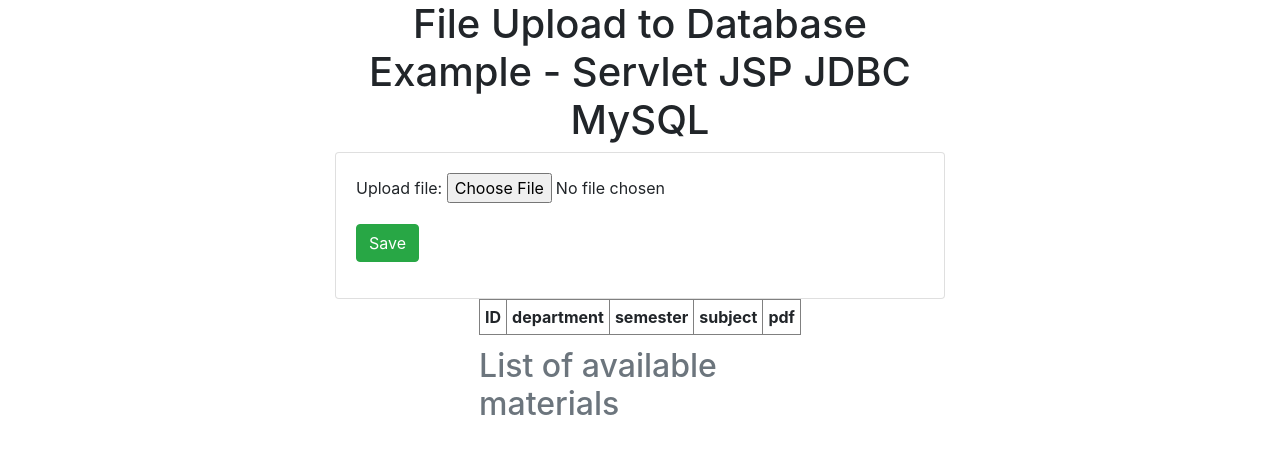
Repository: aishwaryan14/JavaProject
Page: http://localhost/StudentBuddy/
These files come from the project's save history. The page is drawn as it stood at one moment and after the next save; the edit follows.
The browser window is 1280 px wide. The pictures show the whole page.
The page is served by Tomcat 9. Other server files are loaded and not shown. Queries for data that is not in the repository find no rows.

Above is the page before, as saved 2020-04-24 18:06:23.

### FinalJava/StudentBuddy/WebContent/index.jsp
<%@ page language="java" contentType="text/html; charset=UTF-8"
    pageEncoding="UTF-8"%>
<%@ taglib uri="http://java.sun.com/jsp/jstl/core" prefix="c" %>
<%@ taglib uri="http://java.sun.com/jsp/jstl/sql" prefix="sql" %>
<!DOCTYPE html PUBLIC "-//W3C//DTD HTML 4.01 Transitional//EN"
    "http://www.w3.org/TR/html4/loose.dtd">
<html>
<head>
<meta http-equiv="Content-Type" content="text/html; charset=ISO-8859-1">
<title>File Upload Servlet JSP JDBC MySQL Example</title>
<link
 href="https://stackpath.bootstrapcdn.com/bootstrap/4.3.1/css/bootstrap.min.css"
 rel="stylesheet"
 integrity="sha384-ggOyR0iXCbMQv3Xipma34MD+dH/1fQ784/j6cY/iJTQUOhcWr7x9JvoRxT2MZw1T"
 crossorigin="anonymous">
</head>
<body>

 <div class="container col-lg-6">
  <h1 class="text-center">File Upload to Database Example - Servlet JSP JDBC MySQL </h1>
  <div class="card">
   <div class="card-body">
    <form method="post" class="form-group" action="Fileupload"
     enctype="multipart/form-data">
     <div class="form-group">
      <label for="uploaded file">Upload file:</label> <input
       type="file" name="file" size="50" />
     </div>
     <input type="submit" value="Save" class="btn btn-success">
    </form>
   </div>
  </div>
 </div>



 <sql:setDataSource
        var="myDS"
        driver="com.mysql.jdbc.Driver"
        url="jdbc:mysql://localhost:3306/java_demo"
        user="root" password="root"
    />

    <sql:query var="listUsers"   dataSource="${myDS}">
        SELECT * FROM final;
    </sql:query>

    <div align="center">
        <table border="1" cellpadding="5">
            <caption><h2>List of available materials</h2></caption>
            <tr>
                <th>ID</th>
                <th>department</th>
                <th>semester</th>
                <th>subject</th>
                <th>pdf</th>

            </tr>
            <c:forEach var="user" items="${listUsers.rows}">
                <tr>
                    <td><c:out value="${user.id}" /></td>
                    <td><c:out value="${user.department}" /></td>
                    <td><c:out value="${user.semester}" /></td>
                    <td><c:out value="${user.subject}" /></td>
                    <td><form action="FileReadPdf"> <input type="hidden" name="bookId" value="${user.id}" /><input type="submit" value = "download"></form></td>
                </tr>
            </c:forEach>
        </table>
    </div>



</body>
</html>

After the next save:
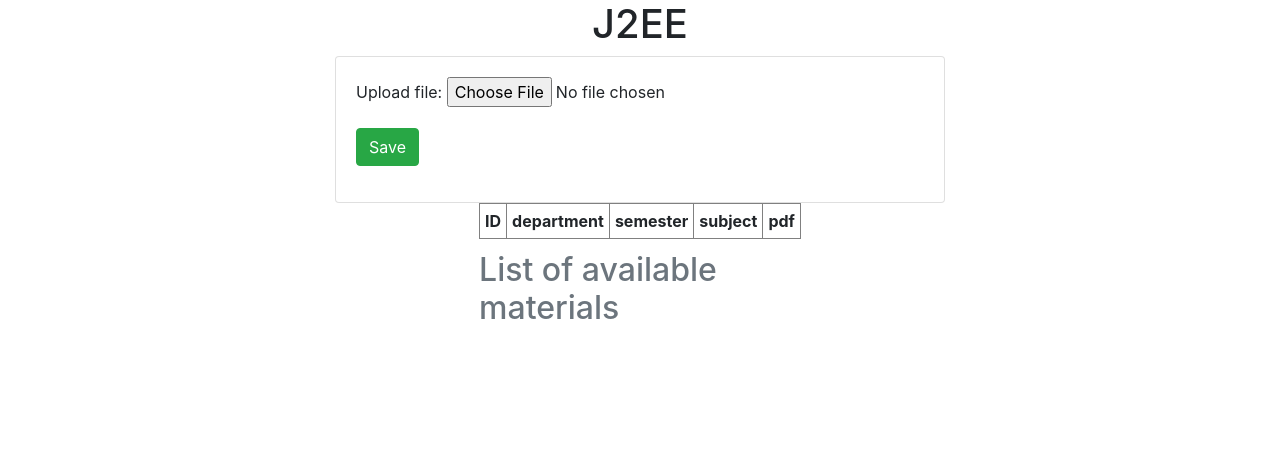
Saved 2 min 18 s later.
--- a/FinalJava/StudentBuddy/WebContent/index.jsp
+++ b/FinalJava/StudentBuddy/WebContent/index.jsp
@@ -7,7 +7,7 @@
 <html>
 <head>
 <meta http-equiv="Content-Type" content="text/html; charset=ISO-8859-1">
-<title>File Upload Servlet JSP JDBC MySQL Example</title>
+<title>J2EE</title>
 <link
  href="https://stackpath.bootstrapcdn.com/bootstrap/4.3.1/css/bootstrap.min.css"
  rel="stylesheet"
@@ -17,7 +17,7 @@
 <body>
 
  <div class="container col-lg-6">
-  <h1 class="text-center">File Upload to Database Example - Servlet JSP JDBC MySQL </h1>
+  <h1 class="text-center">J2EE</h1>
   <div class="card">
    <div class="card-body">
     <form method="post" class="form-group" action="Fileupload"
